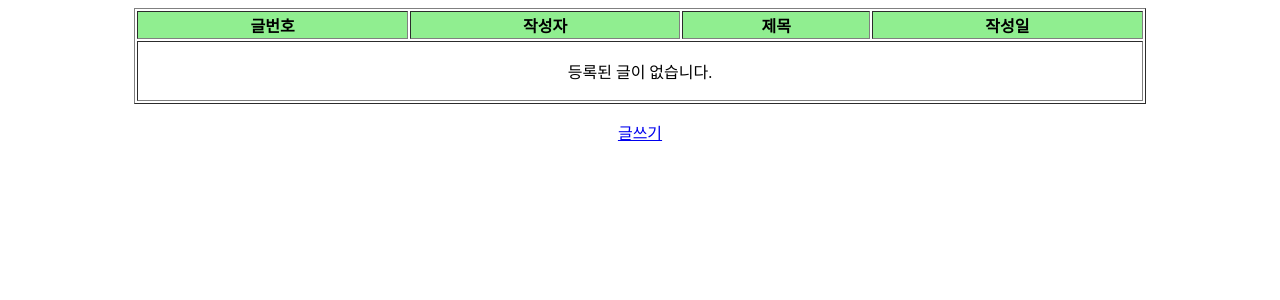
Repository: chromosome2/member
Page: http://localhost/memberMVC/board/addArticle.do
An editor plug-in stored every save of this project. The page is shown before and after the next save, followed by the edit.
The browser window is 1280 px wide. The pictures show the whole page.
The page is served by Tomcat 9. Queries for data that is not in the repository find no rows.

Above is the page before, as saved 2022-10-21 05:43:53.

After the next save:
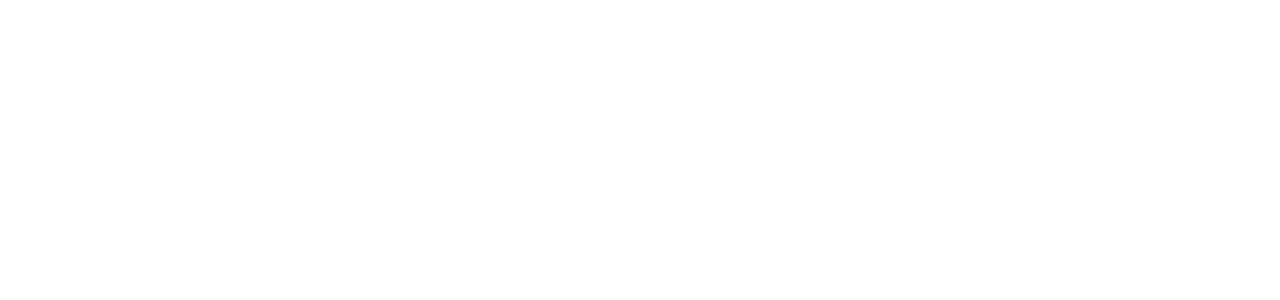
Saved 95 s later.
--- a/projectWorkspace9/memberMVC/src/main/java/memberMVC/ex02/BoardController.java
+++ b/projectWorkspace9/memberMVC/src/main/java/memberMVC/ex02/BoardController.java
@@ -68,6 +68,7 @@
 				articleVO.setContent(content);
 				articleVO.setImageFileName(imageFileName);
 				articleNo=boardService.addArticle(articleVO);
+				if(imageFileName !=null && imageFileName.length() !=0)
 				nextPage="/board/listArticles.do";
 			}
 			RequestDispatcher dispatcher=request.getRequestDispatcher(nextPage);//바인딩

After the save that followed:
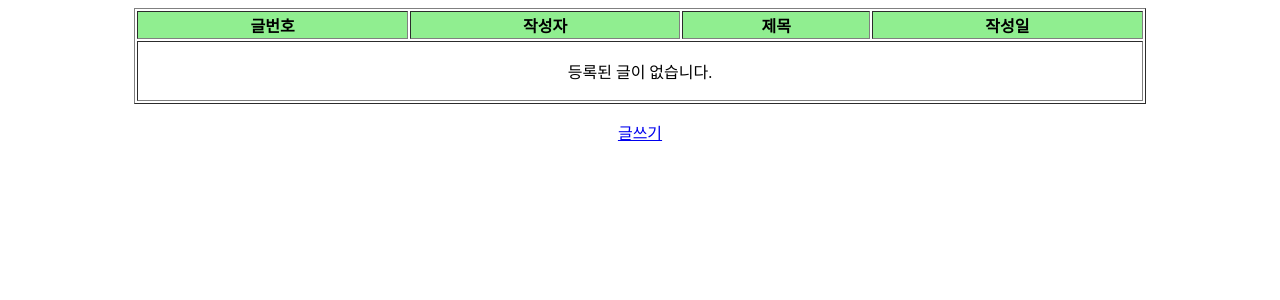
Saved 3 min 44 s later.
--- a/projectWorkspace9/memberMVC/src/main/java/memberMVC/ex02/BoardController.java
+++ b/projectWorkspace9/memberMVC/src/main/java/memberMVC/ex02/BoardController.java
@@ -22,6 +22,7 @@
 
 @WebServlet("/board/*")
 public class BoardController extends HttpServlet {
+	private static String ART_IMAGE_REPO="C:\\board\\article_image";
 	BoardService boardService;
 	ArticleVO articleVO;
 
@@ -68,7 +69,9 @@
 				articleVO.setContent(content);
 				articleVO.setImageFileName(imageFileName);
 				articleNo=boardService.addArticle(articleVO);
-				if(imageFileName !=null && imageFileName.length() !=0)
+				if(imageFileName !=null && imageFileName.length() !=0) {
+
+				}
 				nextPage="/board/listArticles.do";
 			}
 			RequestDispatcher dispatcher=request.getRequestDispatcher(nextPage);//바인딩
@@ -82,7 +85,7 @@
 	private Map<String, String> upload(HttpServletRequest request, HttpServletResponse response) throws ServletException, IOException {
 		Map<String, String> articleMap=new HashMap<String, String>();
 		String encoding="utf-8";//이미지파일 이름에 한글이 들어가면 깨져서 이렇게 해줘야함.
-		File currentDirPath=new File("C:\\board\\article_image");
+		File currentDirPath=new File("ART_IMAGE_REPO");
 		DiskFileItemFactory factory=new DiskFileItemFactory();
 		factory.setRepository(currentDirPath);
 		factory.setSizeThreshold(1024*1024);
